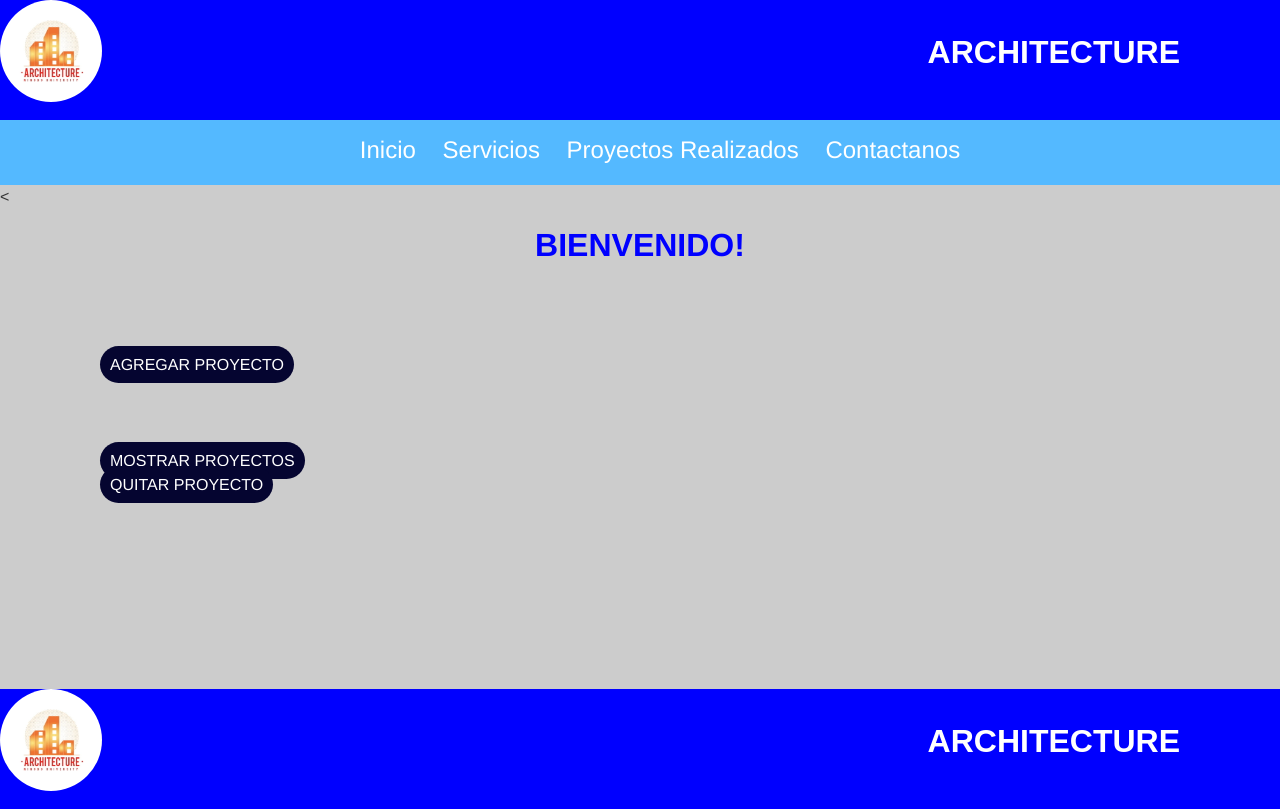
Repository: gabrielestrella18/htdocs
Page: http://localhost/arquitectos/opciones.php
These files come from the project's save history. The page is drawn as it stood at one moment and after the next save; the edit follows.
The browser window is 1280 px wide. The pictures show the whole page.
The page is run by PHP 8.4 with error messages shown; the project is at /var/www/html/.

Above is the page before, as saved 2023-12-10 02:10:10.

### arquitectos/opciones.php
<!DOCTYPE html>
<html lang="en">
  <head>
    <title></title>
    <meta charset="UTF-8">
    <meta name="viewport" content="width=device-width, initial-scale=1">
    <link href="estilo.css" rel="stylesheet">
  </head>
  <body>

<?php

include  "arriba.php"
?>

<?php
include "menu.php"
?>
<
<br><br>

<h5>BIENVENIDO!</h5>
<br><br><br>

      </div>
      <br>
<div class="alin" >
  <a href="control.php" id="proy">AGREGAR PROYECTO</a>
  <br><br><br><br>
  <a href="proyectos.php" id="proy">MOSTRAR PROYECTOS</a>
  <br>
  <a href="proyecto.php" id="proy">QUITAR PROYECTO</a>

  <br><br><br><br><br><br><br><br><br>
</div>


    </div>


<?php
include "abajo.php"
?>


  </body>
</html>

### arquitectos/arriba.php
<div class="azul">
  <img  class="lg"src="imagenes/arch.jpg" alt="">

  <h1>ARCHITECTURE</h1>
</div>

### arquitectos/menu.php
<div class="menu">
<div class="menuOpciones">
            <a href="index.php">Inicio</a>
            <a href="servicios.php">Servicios</a>
            <a href="proyectos.php">Proyectos Realizados</a>
            <a href="contactos.php">Contactanos</a>
            </div>

</div>

### arquitectos/abajo.php

<div class="azul">
  <img  class="lg"src="imagenes/arch.jpg" alt="">

  <h1>ARCHITECTURE</h1>
</div>

### arquitectos/estilo.css
* {
    box-sizing: border-box;
    margin: 0;
    padding: 0;
}

body {
    font-family: helvetica;
    font-size: 16px;
    line-height: 24px;
    color: #333;
    background-color: #cccccc;
    max-width: 1400px;
}

.azul {
    background-color: blue;
    padding-bottom: 120px;
}

.lg {
    float: left;
    width: 8%;
    height: 8%;
    border-radius: 80px;
}

h1 {
    color: white;
    float: right;
    font-family: sans-serif;
    text-align: end;
    padding-top: 40px;
    padding-right: 100px;
}

.menu {
    border: 1px #54b9ff solid;
    background-color: #54b9ff;
    height: 65px;
}

.menuOpciones {
    padding-top: 12px;
    text-align: center;
    margin-top: 5px;
    padding-left: 40px;
    font-size: x-large;
}

.menuOpciones a {
    text-decoration: none;
    color: white;
    padding: 10px;
}

.menuOpciones a:hover {
    color: #373b39;
    background-color: #0afc83;
    padding-top: 16px;
    padding-bottom: 21px;
}

.contenedor_fondo {
    width: 1350px;
    height: 600px;
    margin: auto;
    background-image: url(imagenes/fondoarq.jpg);
    background-repeat: no-repeat;
    background-size: cover;
}

.textofoto {
    color: rgb(7, 2, 2);
    margin: auto;
    text-align: center;
    line-height: 35px;
    padding-top: 200px;
    font-size: x-large;
}

.video {
    text-align: center;
    background-color: #373b39;
    border-radius: 100px;
    width: 700px;
    margin: auto;
    padding-top: 40px;
    padding-bottom: 40px;
}

.botoncito {
    text-align: center;
}

.boton1 {
    color: #ece80f;
    background-color: #ce1111;
    padding-top: 20px;
    padding-bottom: 20px;
    padding-left: 10px;
    padding-right: 10px;
    border-radius: 20px;
    text-decoration: none;
}

h3 {
    text-align: center;
}

.serv {
    background-color: #ece80f;
    padding-top: 20px;
    padding-bottom: 20px;
    padding-left: 10px;
    padding-right: 10px;
    border-radius: 20px;
}

.ser {
    padding-left: 450px;
    padding-right: 450px;
}

p {
    font-weight: 400px;
    font-size: xx-large;
}

.text {
    text-align: center;
}

.caja1 {
    float: left;
    padding-left: 150px;
    padding-top: 60px;
}

.caja2 {
    float: right
}

.plan {
    width: 70%;
    height: 70%;
}

.rojo {
    color: rgb(255, 0, 0);
    font-weight: 800;
}

.text {
    color: black;
    font-size: large;
}

.caja3 {
    float: right;
    padding-right: 200px;
    padding-top: 120px;
}

.caja4 {
    float: left;
}

.co {
    padding-left: 100px;
    width: 600px;
    height: 320px;
}

.caja5 {
    float: left;
    padding-left: 150px;
    padding-top: 60px;
}

.caja6 {
    float: right;
    padding-right: 200px;
}

.re {
    width: 450px;
    height: 300px;
}

.display {
    display: inline-block;
    width: 1350px;
}

.mira {
    text-align: center;
    display: inline-block;
    width: 700px;
}

.ubica {
    display: inline-block;
    width: 600px;
    text-align: center;
    padding-left: 150px;
}

.ubi {
    width: 600px;
    height: 300px;
}

.boton2 {
    color: #ece80f;
    background-color: #ce1111;
    padding-top: 20px;
    padding-bottom: 20px;
    padding-left: 10px;
    padding-right: 10px;
    border-radius: 20px;
    text-decoration: none;
}

.rapi {
    color: rgb(243, 243, 248);
    font-family: 'Franklin Gothic Medium';
    font-size: large;
    background-color: rgb(68, 67, 66);
    border-radius: 20px;
    padding-top: 10px;
    padding-bottom: 10px;
    display: inline-block;
    padding-left: 10px;
    padding-right: 10px;
}

.cuadrado {
    border: 4px #eaeaea solid;
    background-color: #eaeaea;
    padding: 6px 50px;
}

.campos {
    border-radius: 20px;
    border: 1px #999 solid;
    padding: 7px;
    width: 400px;
    /* para que se separen */
    margin-left: 20px;
}

.boton3 {
    padding: 5px 10px;
    margin-left: 35px;
    color: #f0dbdb;
    background-color: #ff5454;
    border-radius: 20px;
    padding-top: 18px;
    padding-bottom: 18px;
    padding-left: 20px;
    padding-right: 20px;
}

.boton3:hover {
    background-color: #38065a;
    color: white;
}

.boton4 {
    padding: 5px 10px;
    background-color: aqua;
    border-radius: 20px;
    padding-top: 18px;
    padding-bottom: 18px;
    padding-left: 20px;
    padding-right: 20px;
}

.boton4:hover {
    background-color: #aaff0b;
    color: white;
}

.centro {
    text-align: center;
}

.contenedor2 {
    width: 1350px;
    height: 700px;
    margin: auto;
    background-image: url(imagenes/muchos.gif);
    background-repeat: no-repeat;
    background-size: cover;
}

h4 {
    color: blue;
    text-align: center;
    font-size: xx-large;
}

.admi {
    text-align: center;
}

.ad {
    color: white;
    background-color: rgb(46, 42, 42);
    border-radius: 20px;
    padding-top: 10px;
    padding-bottom: 10px;
    padding-left: 10px;
    padding-right: 10px;
}

h5 {
    color: blue;
    text-align: center;
    font-size: xx-large;
}

#proy {
    color: white;
    background-color: rgb(5, 5, 48);
    border-radius: 20px;
    padding-top: 10px;
    padding-bottom: 10px;
    padding-left: 10px;
    padding-right: 10px;
    text-decoration: none;
}

.alin {
    padding-left: 100px;
}

After the next save:
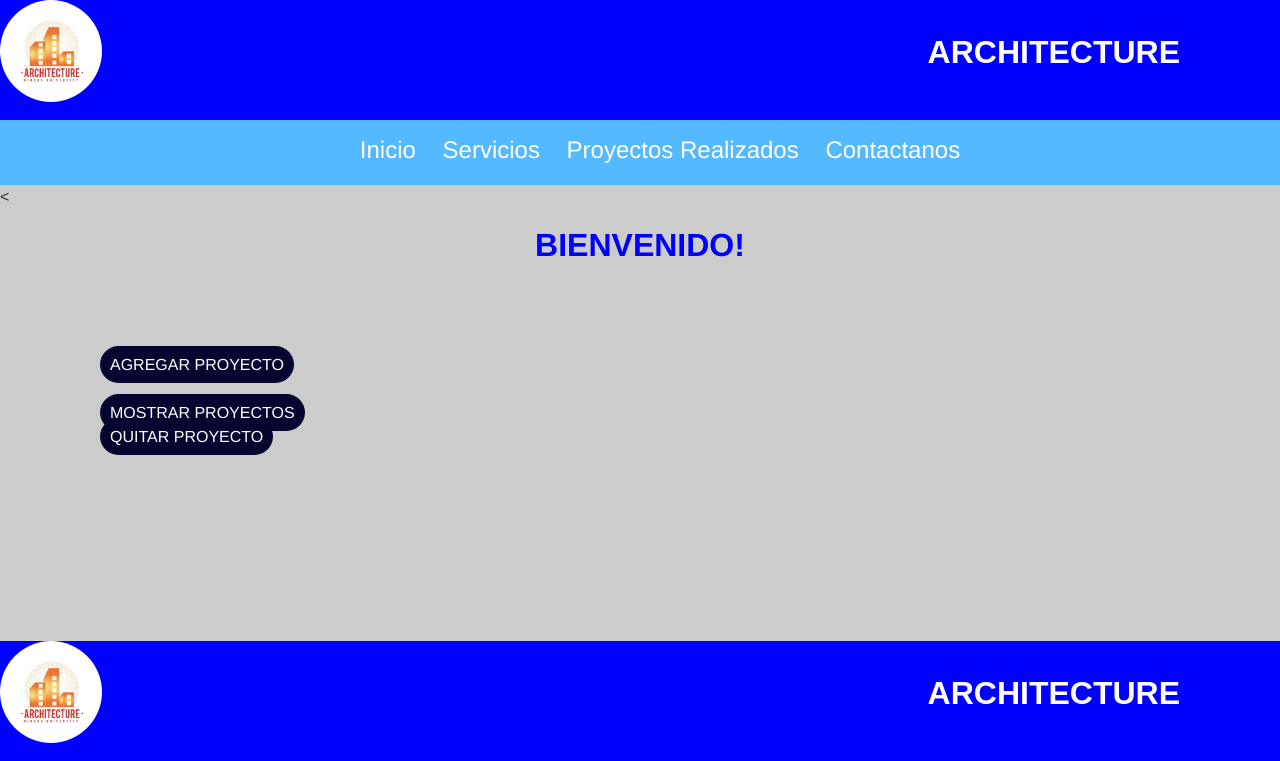
Saved 9 s later.
--- a/arquitectos/opciones.php
+++ b/arquitectos/opciones.php
@@ -26,7 +26,7 @@ include "menu.php"
       <br>
 <div class="alin" >
   <a href="control.php" id="proy">AGREGAR PROYECTO</a>
-  <br><br><br><br>
+  <br><br>
   <a href="proyectos.php" id="proy">MOSTRAR PROYECTOS</a>
   <br>
   <a href="proyecto.php" id="proy">QUITAR PROYECTO</a>
